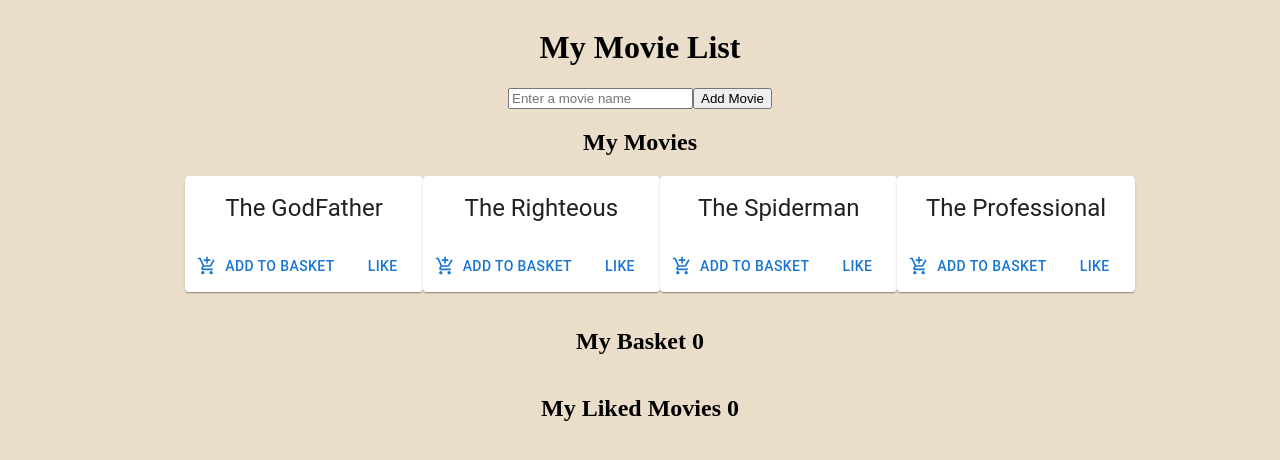
Repository: sinchana-p-iVoyant/redux-movie-store
Page: /
The author's editor kept a copy of each file at every save. The page is drawn from the files as they stood at one save, then again after a run of saves.
The browser window is 1280 px wide. The pictures show the whole page.
The project was rebuilt for these pictures with package versions that can differ from the ones it lists, and the page was loaded fresh each time. Also part of the build but not shown: vite.config.ts.

Above is the page before, as saved 2024-02-15 12:18:18.

### index.html
<!doctype html>
<html lang="en">
  <head>
    <meta charset="UTF-8" />
    <link rel="icon" type="image/svg+xml" href="/vite.svg" />
    <meta name="viewport" content="width=device-width, initial-scale=1.0" />
    <title>Redux Movie Store</title>
  </head>
  <body>
    <div id="root"></div>
    <script type="module" src="/src/main.tsx"></script>
  </body>
</html>

### src/main.tsx
import React from 'react'
import ReactDOM from 'react-dom/client'
import App from './App.tsx'
// import './index.css'
import store from './store/index';
import { Provider } from 'react-redux'


ReactDOM.createRoot(document.getElementById('root')!).render(
  <React.StrictMode>
    <Provider store={store}>
      <App />
    </Provider>
  </React.StrictMode>,
)

### src/App.tsx
import { useState } from "react";
// import './App.css'
import { useSelector, useDispatch } from "react-redux";
import {Movie} from './store/index'
import {Card, CardComponent, CardActions, Button, Typography, CardContent} from '@mui/material'
import { Favorite, FavoriteBorder, AddShoppingCart, RemoveShoppingCart } from "@mui/icons-material";
import './App.css'

const App = () => {
  const [movieTitle, setMovieTitle] = useState("");

  // 🔥 a. To Trigger from UI.
  const dispatch = useDispatch();

  // 🔥 b. To update the UI, based on state updates in the store.

  // movies state (array)
  // const movies = useSelector(state => state.movies)
  // ------> return value: state.movies

  // Note:
  // The function passed to `useSelector` selects a slice of the state that we are interested in.
  // The function parameter specifies the `structure` of the Redux state object.
  // It's `type` annotated in TypeScript to ensure the type safety.
  // specifying the structure of the Redux state object using TypeScript type annotations enhances code quality, readability, and maintainability while providing additional safety checks and tooling support during development.

  const movies = useSelector(
    (state : {
      movies: { title: string; liked: boolean; inBasket: boolean }[];
    }) => state.movies
  );

  // const basket = useSelector((state) => state.basket);
  const basket = useSelector((state: { basket: string[] }) => state.basket);

  // const likedMovies = useSelector((state) => state.likedMovies);
  const likedMovies = useSelector((state: { likedMovies: string[] }) => state.likedMovies);


  // 4. Action Creator
  const handleAddMovie = () => {
    const newMovie = {
      title: movieTitle,
      inBasket: false,
      liked: false
    }
    dispatch({ type: "ADD_MOVIE", payload: newMovie });
    setMovieTitle(""); // Reset back to Empty String
  };

  const handleAddToBasket = (movie: string) => {
    dispatch({ type: "ADD_TO_BASKET", payload: movie });
  };
  const handleAddToLikedMovies = (movie: string) => {
    dispatch({ type: "ADD_TO_LIKED_MOVIE", payload: movie });
  };

  return (
    <div className="container">
      <div>
        <h1>My Movie List</h1>
      </div>
      <div className="add-movie">
        <input
          type="text"
          placeholder="Enter a movie name"
          value={movieTitle}
          onChange={(e) => setMovieTitle(e.target.value)}
        />
        <button onClick={handleAddMovie}>Add Movie</button>
      </div>
      <div>
        <h2>My Movies</h2>
        <ul className="movie-list">
          {movies.map((movie: Movie, index) => (
            <Card key={index}>
              <CardContent>
                <Typography variant="h5" component='h2'>
                  {movie.title}
                </Typography>
              </CardContent>

              <CardActions>
                <Button
                  startIcon={movie.inBasket ? <RemoveShoppingCart /> : <AddShoppingCart />}
                  onClick={() => handleAddToBasket(movie.title)}>
                  {movie.inBasket ? "Remove From Basket" : "Add To Basket"}
                </Button>
                <Button onClick={() => handleAddToLikedMovies(movie.title)}>
                  {movie.liked ? "Dislike" : "Like"}
                </Button>
              </CardActions>

            </Card>
          ))}
        </ul>
      </div>
      <div>
        <h2>My Basket {basket.length}</h2>
        <ul>
          {basket.map((basket, index) => (
            <li key={index}>{basket}</li>
          ))}
        </ul>
      </div>
      <div>
        <h2>My Liked Movies {likedMovies.length}</h2>
        <ul>
          {likedMovies.map((likedMovie, index) => (
            <li key={index}>{likedMovie}</li>
          ))}
        </ul>
      </div>
    </div>
  );
};

export default App;

// 1. Save the new movie in the local state.
// 2. Add the new movie in local state to the Store.
// 3. Fetch the movies array, from the store

// 3. a. To display in - My Basket & My Liked Movies

### src/store/index.tsx
import { createStore } from "redux";

export type Movie = {
    title: string,
    inBasket: boolean,
    liked: boolean
}

export type State = {
    movies: Movie[],
    basket: string[],
    likedMovies: string[]
}

type Action =
  | { type: "ADD_MOVIE"; payload: Movie } |
    { type: 'ADD_TO_BASKET', payload: string } |
    { type: "ADD_TO_LIKED_MOVIE", payload: string };

// InitialState
const initialState: State = {
    movies: [
      {title: 'The GodFather', inBasket: false, liked: false},
      {title: 'The Righteous', inBasket: false, liked: false},
      {title: 'The Spiderman', inBasket: false, liked: false},
      {title: 'The Professional', inBasket: false, liked: false},
    ],
    basket: [],
    likedMovies: []
}

// Reducers - Make Immutable Updates
const reducer = (state: State = initialState, action: Action): State => {
  switch (action.type) {
    case 'ADD_MOVIE':
      return {
        ...state,
        movies: [...state.movies, action.payload]
      }
    case 'ADD_TO_BASKET':
      return {
        ...state,
          movies: state.movies.map(movie => movie.title === action.payload ? {...movie, inBasket: !movie.inBasket } : movie),
        basket: state.basket.includes(action.payload) ? state.basket.filter(movie => movie !== action.payload) : [...state.basket, action.payload]
      }
    case 'ADD_TO_LIKED_MOVIE':
      return {
        ...state,
        movies: state.movies.map(movie => movie.title === action.payload ? {...movie, liked: !movie.liked} : movie) ,
        likedMovies: state.likedMovies.includes(action.payload) ? state.likedMovies.filter(movie => movie !== action.payload) :  [...state.likedMovies, action.payload]
      }
    default:
      return state
  }
}

// Store
const store = createStore(reducer)
export default store

// 1. State
// 2. Reducer
// 3. Store

### src/App.css
body {
  background-color: #EADDCA;
}

h1, h2{
  text-align: center;
}

.container {
  display: flex;
  flex-direction: column;
  align-items: center;
  justify-content: center;
}

.movie-list {
  display: flex;
  flex-wrap: wrap;
  justify-content: center;
}

.movie-card {
  width: 250px;
  margin: 10px;
}

.card-content {
  padding: 16px;
}

.card-actions {
  display: flex;
  justify-content: space-between;
}


















/* #root {
  max-width: 1280px;
  margin: 0 auto;
  padding: 2rem;
  text-align: center;
} */

/*
.logo {
  height: 6em;
  padding: 1.5em;
  will-change: filter;
  transition: filter 300ms;
}
.logo:hover {
  filter: drop-shadow(0 0 2em #646cffaa);
}
.logo.react:hover {
  filter: drop-shadow(0 0 2em #61dafbaa);
}

@keyframes logo-spin {
  from {
    transform: rotate(0deg);
  }
  to {
    transform: rotate(360deg);
  }
}

@media (prefers-reduced-motion: no-preference) {
  a:nth-of-type(2) .logo {
    animation: logo-spin infinite 20s linear;
  }
}

.card {
  padding: 2em;
}

.read-the-docs {
  color: #888;
} */

/* ------------------------- */

After the next 3 saves:
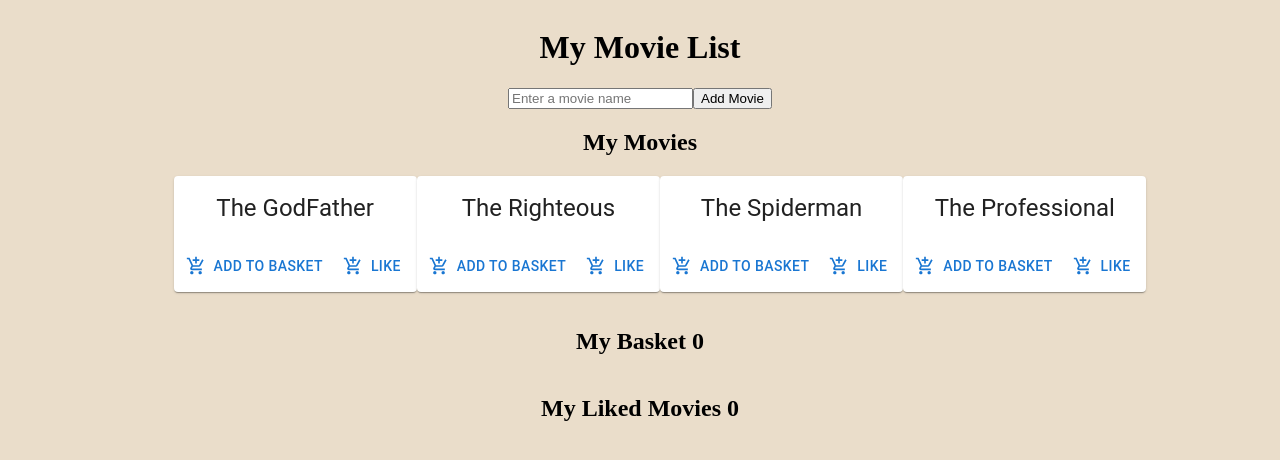
The 3 saves are shown as one change because they came seconds apart.
The last was saved 12 s later.
--- a/src/App.tsx
+++ b/src/App.tsx
@@ -86,7 +86,10 @@ const App = () => {
                   onClick={() => handleAddToBasket(movie.title)}>
                   {movie.inBasket ? "Remove From Basket" : "Add To Basket"}
                 </Button>
-                <Button onClick={() => handleAddToLikedMovies(movie.title)}>
+                <Button
+                                  startIcon={movie.inBasket ? <RemoveShoppingCart /> : <AddShoppingCart />}
+
+                  onClick={() => handleAddToLikedMovies(movie.title)}>
                   {movie.liked ? "Dislike" : "Like"}
                 </Button>
               </CardActions>
